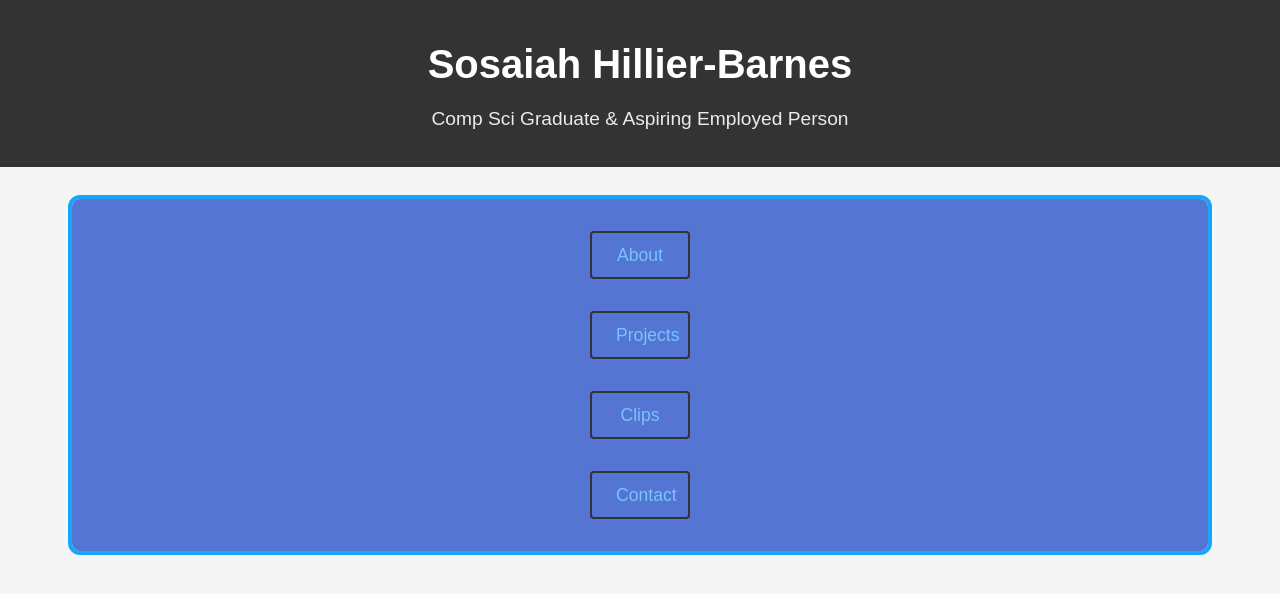
Repository: Hillier-Barnes/PortfolioWebsiteNew
Page: /
These files come from the project's save history. The page is drawn as it stood at one moment and after the next save; the edit follows.
The browser window is 1280 px wide. The pictures show the whole page.
The project was rebuilt for these pictures with package versions that can differ from the ones it lists, and the page was loaded fresh each time. Also part of the build but not shown: vite.config.js.

Above is the page before, as saved 2025-11-12 14:40:40.

After the next save:
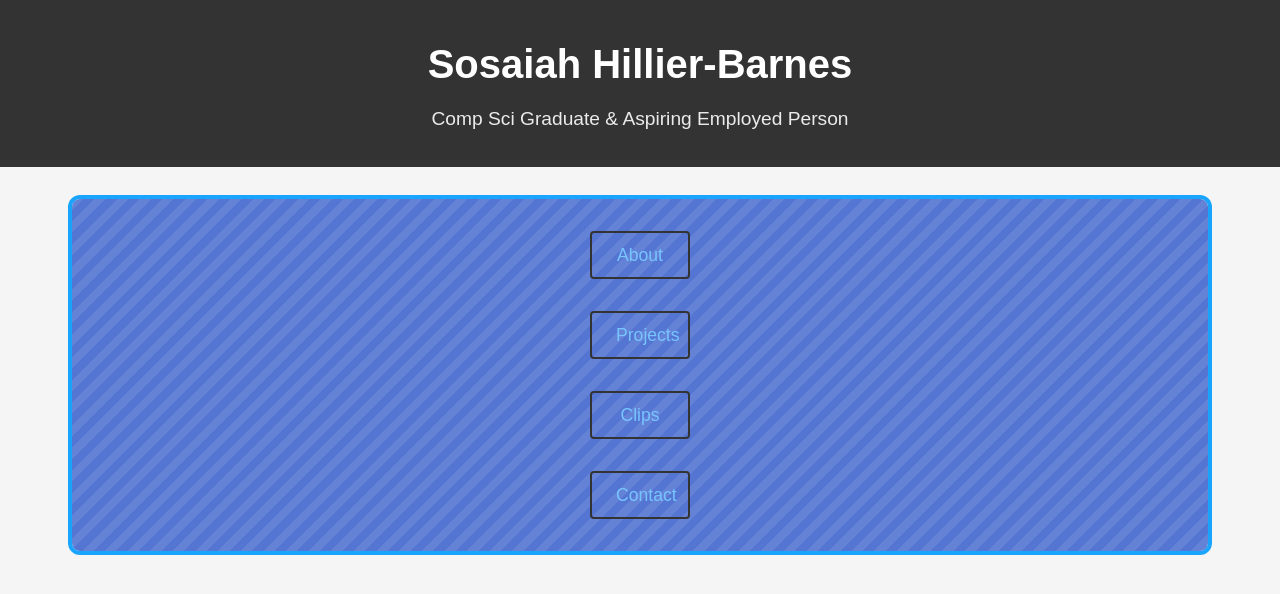
Saved 13 s later.
--- a/styles.css
+++ b/styles.css
@@ -45,6 +45,13 @@
   gap: 2rem;
   padding: 2rem;
   background-color: rgba(18, 65, 195, 0.704);
+  background-image: repeating-linear-gradient(
+    135deg,
+    rgba(255,255,255,0.09) 0px,
+    rgba(255,255,255,0.09) 8px,
+    transparent 8px,
+    transparent 16px
+  );
   border-radius: 8px;
   outline: 4px solid rgba(11, 161, 255, 0.936);
 }
